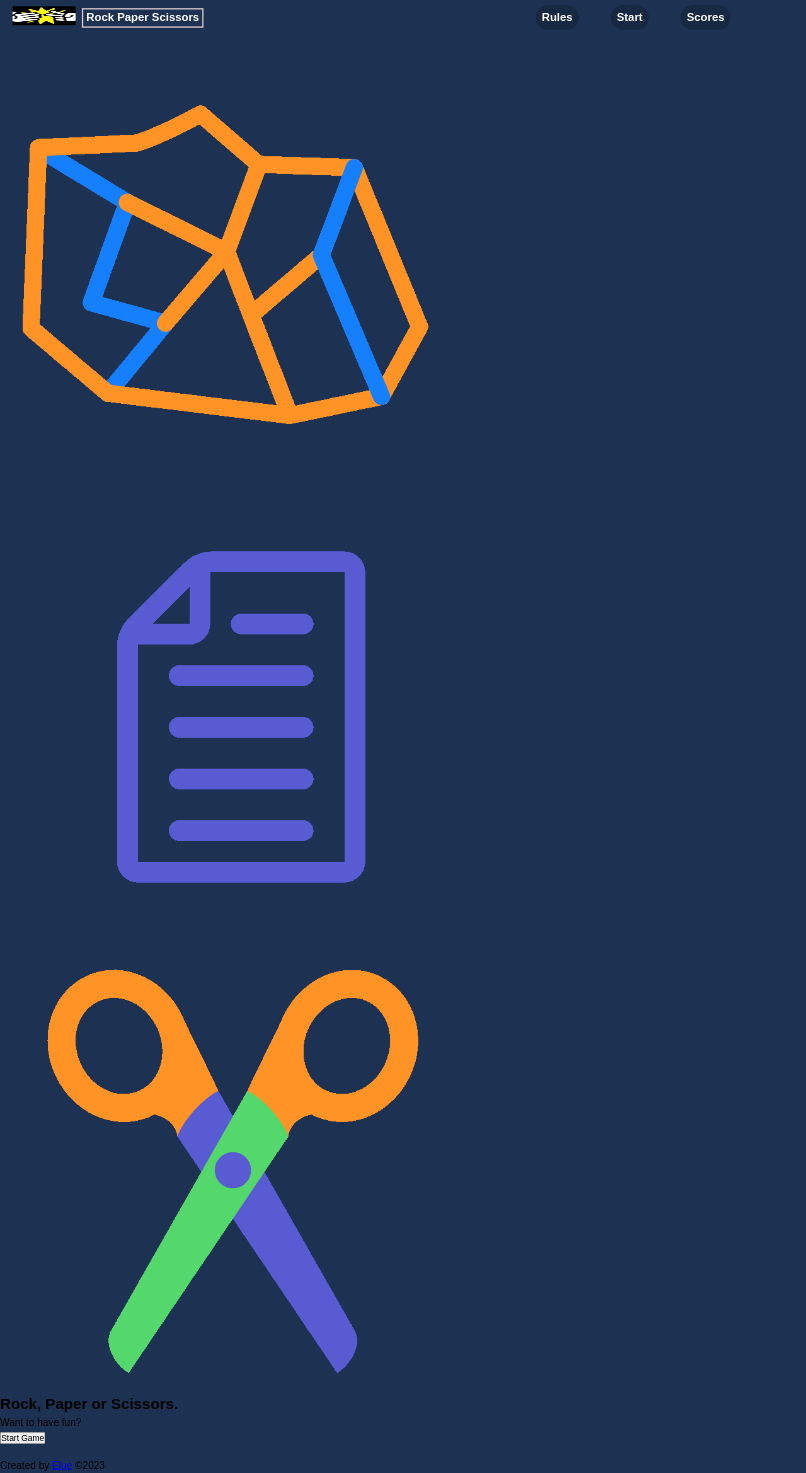
Repository: MikkyPrestige/rock-paper-scissors
Page: index.html
These files come from the project's save history. The page is drawn as it stood at one moment and after the next save; the edit follows.
The browser window is 1280 px wide. The pictures show the whole page, at 63% of full size.

Above is the page before, as saved 2023-05-08 04:26:11.

After the next save:
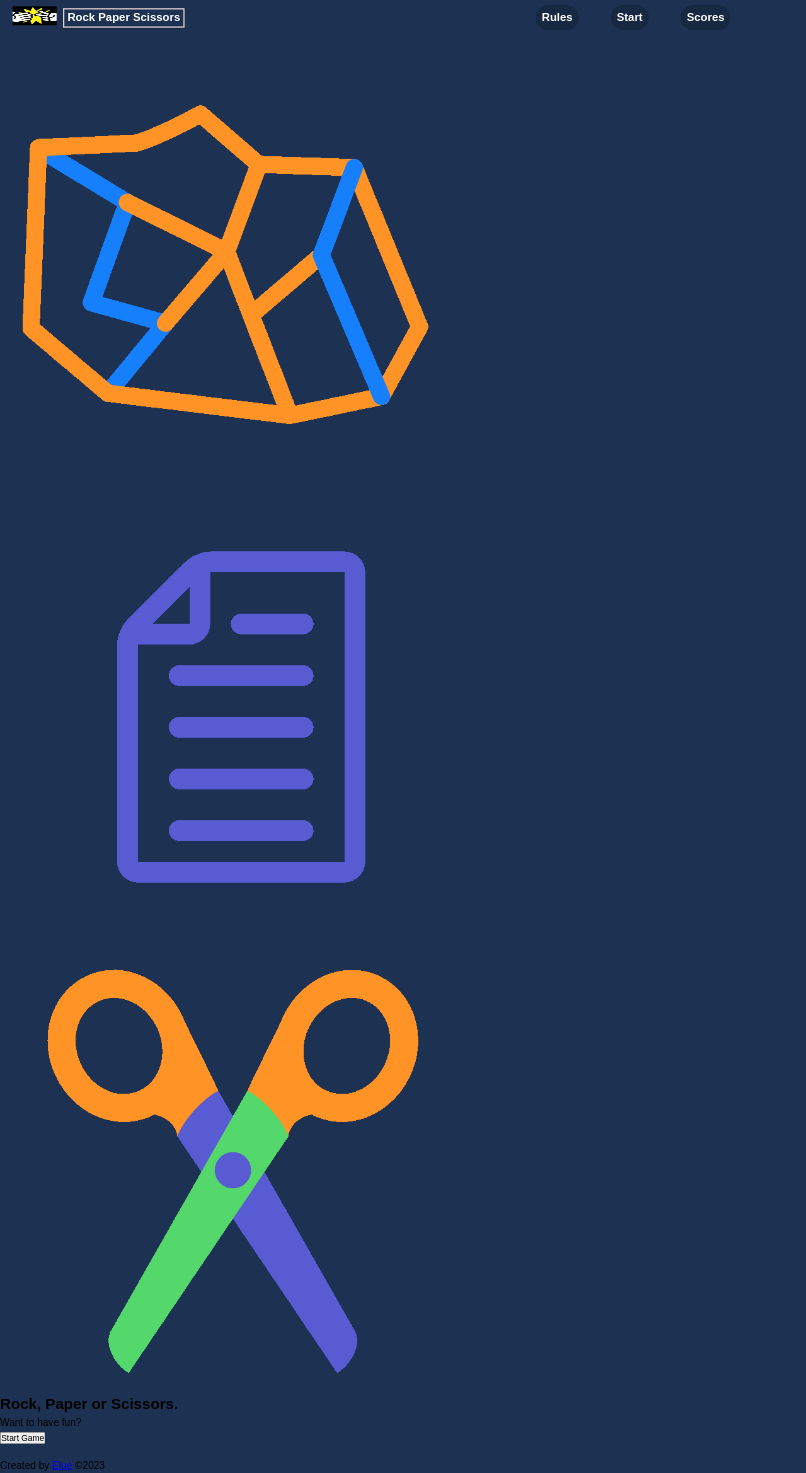
Saved 7 s later.
--- a/index.css
+++ b/index.css
@@ -46,7 +46,7 @@ figure {
 }
 
 .logo {
-  width: 10rem;
+  width: 7rem;
   height: 3rem;
 }
 
